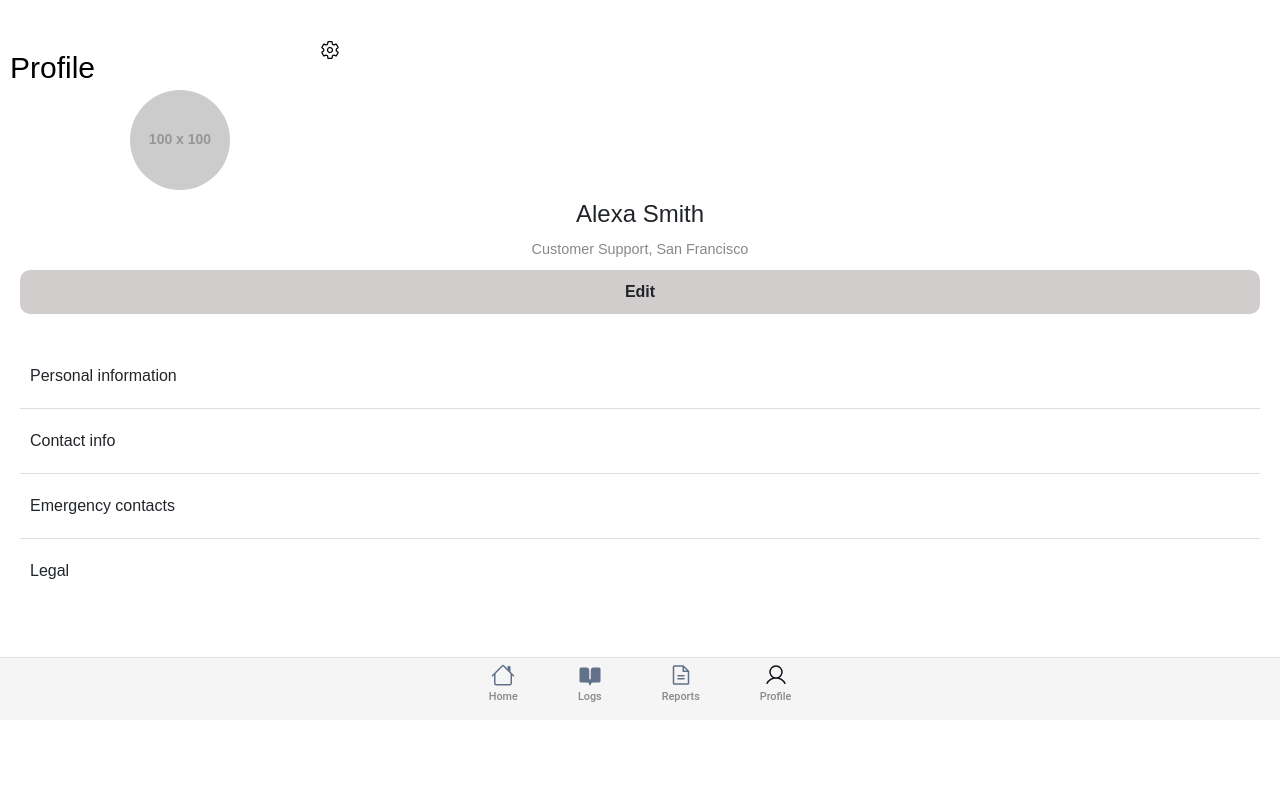
Repository: shash0708/GMR-Lines
Page: /profile (app in frontend/)
An editor plug-in stored every save of this project. The page is shown before and after the next save, followed by the edit.
The browser window is 1280 px wide. The pictures show the whole page.
The page's requests for data from a server got no answer. Some web libraries are served in a nearby version. The project was rebuilt for these pictures with package versions that can differ from the ones it lists, and the page was loaded fresh each time. No one was signed in, and anything a server would have sent is missing. Also part of the build but not shown: frontend/src/components/Home/Car.css, frontend/src/components/Home/Car.jsx, frontend/src/components/hooks/useDocumentTitle.js, frontend/src/components/Home/Home.css, frontend/src/components/Home/Home.component.jsx, frontend/src/components/Form/Form.component.jsx, frontend/src/components/Card/Card.jsx, frontend/src/components/Card/Card.css and 11 more.

Above is the page before, as saved 2024-10-20 17:52:41.

### frontend/public/index.html
<!DOCTYPE html>
<html lang="en">
  <head>
    <meta charset="utf-8" />
    <link rel="icon" href="%PUBLIC_URL%/favicon.ico" />
    <meta name="viewport" content="width=device-width, initial-scale=1" />
    <meta name="theme-color" content="#000000" />
    <meta name="description" content="Web site created using create-react-app" />
    <link rel="apple-touch-icon" href="%PUBLIC_URL%/logo192.png" />
    <!--
      manifest.json provides metadata used when your web app is installed on a
      user's mobile device or desktop. See https://developers.google.com/web/fundamentals/web-app-manifest/
    -->
    <link rel="manifest" href="%PUBLIC_URL%/manifest.json" />
    <!--
      Notice the use of %PUBLIC_URL% in the tags above.
      It will be replaced with the URL of the `public` folder during the build.
      Only files inside the `public` folder can be referenced from the HTML.

      Unlike "/favicon.ico" or "favicon.ico", "%PUBLIC_URL%/favicon.ico" will
      work correctly both with client-side routing and a non-root public URL.
      Learn how to configure a non-root public URL by running `npm run build`.
    -->
    <link href="https://cdn.jsdelivr.net/npm/bootstrap@5.3.3/dist/css/bootstrap.min.css" rel="stylesheet" integrity="sha384-QWTKZyjpPEjISv5WaRU9OFeRpok6YctnYmDr5pNlyT2bRjXh0JMhjY6hW+ALEwIH" crossorigin="anonymous">
    <link rel="stylesheet" href="https://cdnjs.cloudflare.com/ajax/libs/font-awesome/6.0.0-beta3/css/all.min.css">

    <title>Log Book</title>
  </head>
  <script src="https://cdn.jsdelivr.net/npm/bootstrap@5.3.3/dist/js/bootstrap.bundle.min.js" integrity="sha384-YvpcrYf0tY3lHB60NNkmXc5s9fDVZLESaAA55NDzOxhy9GkcIdslK1eN7N6jIeHz" crossorigin="anonymous"></script>
  <script src="https://cdn.jsdelivr.net/npm/@popperjs/core@2.11.8/dist/umd/popper.min.js" integrity="sha384-I7E8VVD/ismYTF4hNIPjVp/Zjvgyol6VFvRkX/vR+Vc4jQkC+hVqc2pM8ODewa9r" crossorigin="anonymous"></script>
  <script src="https://cdn.jsdelivr.net/npm/bootstrap@5.3.3/dist/js/bootstrap.min.js" integrity="sha384-0pUGZvbkm6XF6gxjEnlmuGrJXVbNuzT9qBBavbLwCsOGabYfZo0T0to5eqruptLy" crossorigin="anonymous"></script>
  <script src="https://cdn.tailwindcss.com?plugins=forms,container-queries"></script>

  <body>
    <noscript>You need to enable JavaScript to run this app.</noscript>
    <div id="root"></div>
    <!--
      This HTML file is a template.
      If you open it directly in the browser, you will see an empty page.

      You can add webfonts, meta tags, or analytics to this file.
      The build step will place the bundled scripts into the <body> tag.

      To begin the development, run `npm start` or `yarn start`.
      To create a production bundle, use `npm run build` or `yarn build`.
    -->
  </body>
</html>

### frontend/src/index.js
import React from 'react';
import ReactDOM from 'react-dom/client';
import './index.css';
import App from './App';
import * as serviceWorkerRegistration from './serviceWorkerRegistration';
import reportWebVitals from './reportWebVitals';
import { ThemeProvider, createTheme } from '@mui/material/styles';

const root = ReactDOM.createRoot(document.getElementById('root'));
const theme = createTheme({
  palette: {
    primary: {
      main: '#1976d2',
    },
    secondary: {
      main: '#dc004e',
    },
  },
});
root.render(
  <React.StrictMode>
      <ThemeProvider theme={theme}>

    <App />
    </ThemeProvider>
  </React.StrictMode>
);

// If you want your app to work offline and load faster, you can change
// unregister() to register() below. Note this comes with some pitfalls.
// Learn more about service workers: https://cra.link/PWA
serviceWorkerRegistration.unregister();

// If you want to start measuring performance in your app, pass a function
// to log results (for example: reportWebVitals(console.log))
// or send to an analytics endpoint. Learn more: https://bit.ly/CRA-vitals
reportWebVitals();

### frontend/src/App.js
import './App.css';
import { useState,useEffect } from 'react';
import { BrowserRouter as Router, Route, Routes } from 'react-router-dom';
import 'primereact/resources/themes/saga-blue/theme.css';
import 'primereact/resources/primereact.min.css';
import { PrimeReactProvider } from 'primereact/api';
import Home from '../src/components/Home/Home.component';
import Form from './components/Form/Form.component';
import { ToastContainer } from 'react-toastify';
import 'react-toastify/dist/ReactToastify.css';
import Profile from './components/Profile/Profile.jsx'
import Cards from './components/Card/Card.component';
import Data from './components/Data/Data.component';
import Navbar from './components/Header/Header.component';
import EditProfile from './components/ProfileEdit/ProEdit.jsx';
import Login from './components/Login/Login.component';
import Signup from './components/SignUp/Signup.component';
import PdfComponent from './components/Pdf/PdfComponent';
import { LogsProvider } from './context/LogContext';
import Footer from './components/Footer/Footer.component';
import { useLocation } from 'react-router-dom';
import Logup from './components/Update/Update.jsx'
const App = () => {
  return (
    <LogsProvider>
      <PrimeReactProvider>
        <Router>
          <Content />
          <ToastContainer /> {/* Place this once in your app */}

        </Router>
      </PrimeReactProvider>
    </LogsProvider>
  );
};

const Content = () => {
  const location = useLocation();
  var [showFooter, setShowFooter] = useState(false);

  // Check if the current path is "/form"
  // showFooter = location.pathname !== "/form" ;
  // showFooter = location.pathname !== "/log/:id";



  // const [showFooter, setShowFooter] = useState(true);

  useEffect(() => {
    // Hide the footer for specific paths
    const hideFooterPaths = ["/form", "/log","/signup"];

    // Check if the current path matches any path where the footer should be hidden
    const shouldShowFooter = !hideFooterPaths.some((path) =>
      location.pathname.startsWith(path)
    );

    setShowFooter(shouldShowFooter);
  }, [location.pathname]);


  // This function will check the scroll position
  // const handleScroll = () => {
  //   // Show the footer if the user scrolls down more than 100px
  //   if (window.scrollY > 100) {
  //     setShowFooter(true);
  //   } else {
  //     setShowFooter(false);
  //   }
  // };

  // useEffect(() => {
  //   // Add the scroll event listener when the component mounts
  //   window.addEventListener('scroll', handleScroll);

  //   // Cleanup the event listener when the component unmounts
  //   return () => {
  //     window.removeEventListener('scroll', handleScroll);
  //   };
  // }, []); // Empty dependency array ensures this runs only once when the component mounts


  return (
    <>
      <Routes>
        {/* <Navbar/> */}
        <Route path="/" element={<Home />} />
        <Route path='/login' element={<Login />} />
        <Route path='/signup' element={<Signup />} />
        <Route path="/form" element={<Form />} />
        <Route path="/past-records" element={<Cards />} />
        {/* <Route path="/log/:id" element={<Data />} /> */}
        <Route path="/pdf" element={<PdfComponent />} />
        <Route path="/log/:id"   element={<Logup/>}/>
        <Route path="/profile"  element={<Profile/>}/>
        <Route path="/edit" element={<EditProfile/>}/>
      </Routes>
      {showFooter && <Footer />} {/* Conditionally render the footer */}
    </>
  );
};

export default App;

### frontend/src/App.css
body {
    font-family: 'Roboto', sans-serif;

    background-color: white ;
    background-size: cover;
    min-height: 100vh;

  }

### frontend/src/components/Profile/Profile.jsx
import React, { useState } from 'react';
import './Profile.css'; // Include your CSS for styling
import { IoSettingsOutline } from "react-icons/io5";
import { useNavigate } from 'react-router-dom';

const Profile = () => {
  const [activeSection, setActiveSection] = useState(null);

  const toggleSection = (section) => {
    setActiveSection((prevSection) => (prevSection === section ? null : section));
  };
  const navigate = useNavigate();

  // Retrieve the logged-in user's AMENO from localStorage
  const AME = localStorage.getItem('AME');

  const handleEditClick = () => {
    // Simply navigate to the edit page without passing any URL params
    navigate('/edit');
  };

  return (
    <div>
      <div className='Profile'>
        <IoSettingsOutline className='settings' />
        <h1>Profile</h1>
      </div>
      <div className="babes">
        <div className="profile-container">
          <div className="profile-header">
            <img
              src="https://via.placeholder.com/100"
              alt="Profile"
              className="profile-image"
            />
            <h1>Alexa Smith</h1>
            <p>Customer Support, San Francisco</p>
            <button className="edit-button" onClick={handleEditClick}>Edit</button>
          </div>

          <div className="profile-options">
            {/* Personal Information Section */}
            <div className="profile-option" onClick={() => toggleSection('personal')}>
              <div className="option-header">
                <span>Personal information</span>
                <span className={`arrow ${activeSection === 'personal' ? 'up' : 'down'}`}></span>
              </div>
            </div>
            {activeSection === 'personal' && (
              <div className="collapse-content">
                <p>Name: Alexa Smith</p>
                <p>AMENO: 234245</p>
              </div>
            )}

            {/* Contact Info Section */}
            <div className="profile-option" onClick={() => toggleSection('contact')}>
              <div className="option-header">
                <span>Contact info</span>
                <span className={`arrow ${activeSection === 'contact' ? 'up' : 'down'}`}></span>
              </div>
            </div>
            {activeSection === 'contact' && (
              <div className="collapse-content">
                <p>Email: alexa@example.com</p>
                <p>Phone: (123) 456-7890</p>
              </div>
            )}

            {/* Emergency Contacts Section */}
            <div className="profile-option" onClick={() => toggleSection('emergency')}>
              <div className="option-header">
                <span>Emergency contacts</span>
                <span className={`arrow ${activeSection === 'emergency' ? 'up' : 'down'}`}></span>
              </div>
            </div>
            {activeSection === 'emergency' && (
              <div className="collapse-content">
                <p>Contact: John Smith</p>
                <p>Phone: (098) 765-4321</p>
              </div>
            )}

            {/* Legal Section */}
            <div className="profile-option" onClick={() => toggleSection('legal')}>
              <div className="option-header ">
                <span>Legal</span>
                <span className={`arrow ${activeSection === 'legal' ? 'up' : 'down'}`}></span>
              </div>
            </div>
            {activeSection === 'legal' && (
              <div className="collapse-content">
                <p>Terms of Service</p>
                <p>Privacy Policy</p>
              </div>
            )}
          </div>
        </div>
      </div>
    </div>
  );
};

export default Profile;

### frontend/src/context/LogContext.js
// LogsContext.js
import React, { createContext, useState, useEffect } from 'react';
import axios from 'axios';
import URL from '../components/config';
const LogsContext = createContext();

export const LogsProvider = ({ children }) => {
  const [logs, setLogs] = useState([]);
  const [filteredLogs, setFilteredLogs] = useState([]);
  const [searchTerm, setSearchTerm] = useState('');
  const [selectedLogs, setSelectedLogs] = useState([]);

  useEffect(() => {
    const fetchLogs = async () => {
      try {
        const response = await axios.get(`${URL}/getlogs/entries`, {
          headers: {
            'auth-token': localStorage.getItem('token'),
          },
        });

        setLogs(response.data);
        setFilteredLogs(response.data);
      } catch (error) {
        console.error('Error fetching logs:', error);
      }
    };
    fetchLogs();
  }, []);

  useEffect(() => {
    const handleSearch = () => {
      const lowerCaseSearchTerm = searchTerm.toLowerCase();
      const filtered = logs.filter((log) => {
        const logId = String(log.Toa);
        return logId.toLowerCase().includes(lowerCaseSearchTerm);
      });
      setFilteredLogs(filtered);
    };

    handleSearch();
  }, [searchTerm, logs]);

  const handleSelect = (log) => {
    setSelectedLogs((prev) => {
      const isSelected = prev.includes(log);
      if (isSelected) {
        return prev.filter((selectedLog) => selectedLog !== log);
      }

      if (prev.length >= 7) {
        return prev;
      }

      return [...prev, log];
    });
  };

  return (
    <LogsContext.Provider
      value={{
        logs,
        filteredLogs,
        searchTerm,
        setSearchTerm,
        selectedLogs,
        handleSelect,
        setFilteredLogs,
      }}
    >
      {children}
    </LogsContext.Provider>
  );
};

export default LogsContext;

### frontend/src/components/Footer/Footer.component.jsx
import React from 'react';
import { NavLink } from 'react-router-dom';  // Import NavLink from react-router-dom
import './Footer.css';

const Footer = () => {
  return (
    <footer className="footer">
      {/* Navigation Links Section */}
      <div className="nav-container">

        {/* Home Link */}
        <NavLink
          className="nav-link"
          to="/"
          activeClassName="active"
          exact
        >
         <svg xmlns="http://www.w3.org/2000/svg" width="16" height="16" fill="currentColor" class="bi bi-house" viewBox="0 0 16 16">
  <path d="M8.707 1.5a1 1 0 0 0-1.414 0L.646 8.146a.5.5 0 0 0 .708.708L2 8.207V13.5A1.5 1.5 0 0 0 3.5 15h9a1.5 1.5 0 0 0 1.5-1.5V8.207l.646.647a.5.5 0 0 0 .708-.708L13 5.793V2.5a.5.5 0 0 0-.5-.5h-1a.5.5 0 0 0-.5.5v1.293zM13 7.207V13.5a.5.5 0 0 1-.5.5h-9a.5.5 0 0 1-.5-.5V7.207l5-5z"/>
</svg>
          <p>Home</p>
        </NavLink>

        {/* Logs Link */}
        <NavLink
          className="nav-link"
          to="/past-records"
          activeClassName="active"
        >
          <svg xmlns="http://www.w3.org/2000/svg" viewBox="0 0 256 256">
            <path d="M240,64V192a16,16,0,0,1-16,16H160a24,24,0,0,0-24,24,8,8,0,0,1-16,0,24,24,0,0,0-24-24H32a16,16,0,0,1-16-16V64A16,16,0,0,1,32,48H88a32,32,0,0,1,32,32v88a8,8,0,0,0,16,0V80a32,32,0,0,1,32-32h56A16,16,0,0,1,240,64Z" />
          </svg>
          <p>Logs</p>
        </NavLink>

        {/* Reports Link */}
        <NavLink
          className="nav-link"
          to="/reports"
          activeClassName="active"
        >
          <svg xmlns="http://www.w3.org/2000/svg" viewBox="0 0 256 256">
            <path d="M213.66,82.34l-56-56A8,8,0,0,0,152,24H56A16,16,0,0,0,40,40V216a16,16,0,0,0,16,16H200a16,16,0,0,0,16-16V88A8,8,0,0,0,213.66,82.34ZM160,51.31,188.69,80H160ZM200,216H56V40h88V88a8,8,0,0,0,8,8h48V216Zm-32-80a8,8,0,0,1-8,8H96a8,8,0,0,1,0-16h64A8,8,0,0,1,168,136Zm0,32a8,8,0,0,1-8,8H96a8,8,0,0,1,0-16h64A8,8,0,0,1,168,168Z" />
          </svg>
          <p>Reports</p>
        </NavLink>

        {/* Profile Link */}
        <NavLink
          className="nav-link"
          to="/profile"
          activeClassName="active"
        >
          <svg xmlns="http://www.w3.org/2000/svg" viewBox="0 0 256 256">
            <path d="M230.92,212c-15.23-26.33-38.7-45.21-66.09-54.16a72,72,0,1,0-73.66,0C63.78,166.78,40.31,185.66,25.08,212a8,8,0,1,0,13.85,8c18.84-32.56,52.14-52,89.07-52s70.23,19.44,89.07,52a8,8,0,1,0,13.85-8ZM72,96a56,56,0,1,1,56,56A56.06,56.06,0,0,1,72,96Z" />
          </svg>
          <p>Profile</p>
        </NavLink>

      </div>
    </footer>
  );
};

export default Footer;

### frontend/src/components/config.js
// src/config.js
const URL = " http://localhost:5000";

export default URL;

// `${URL}

### frontend/src/components/Profile/Profile.css
.Profile{
    font-family: Arial, sans-serif;
    /* background-color: #ffffff; */
    position: absolute;
    top: 40px;
    left: 10px;
    margin-top:0px;
    font-weight: 200px;

    font-size: 20px;

    color:black;
    height: auto;

}

.settings{
    position: absolute;
    left:310px
}
.babes {
    font-family: Arial, sans-serif;
    /* background-color: #ffffff; */
    margin-top:20px;
    height: auto;
    overflow-y: auto; /* Enable vertical scrolling if content overflows */

    display: flex;
    justify-content: center;
    align-items: center;
  }

  .profile-container {
    background-color: white;
    border-radius: 10px;
    margin-top: 50px;
    /* box-shadow: 0 4px 8px rgba(0, 0, 0, 0.1); */
    width: 100%;
    height:100vh;

    padding: 20px;
  }

  .profile-header {
    text-align: center;
    margin-bottom: 20px;
  }

  .profile-image {
    width: 100px;
    height: 100px;
    display: flex;
    align-items:center;
    justify-content: center;
    position:relative;
    margin-left: 110px;
    border-radius: 50%;
    object-fit: cover;
  }

  h1 {
    font-size: 1.5em;
    margin: 10px 0;
  }

  p {
    color: #888;
    font-size: 0.9em;
  }

  .edit-button {
    background-color: #d1cdcd;
    border: none;
    padding: 10px 20px;
    border-radius: 10px;
    cursor: pointer;
    margin-top: 10px;
    width:100%;
    font-weight: bold;
  }

  .edit-button:hover {
    background-color: #e0e0e0;
  }

  .profile-options {
    /* border-top: 3px solid #ddd; */
    padding-top: 10px;
    height:30vh;
  }

  .profile-option {
    display: flex;
    justify-content: space-between;
    padding: 10px 0;
    border:2px ;
    cursor: pointer;

    border-bottom: 1px solid #ddd;
    align-items: center;
    /* border-bottom: 1px solid #ddd; */
  }

  .profile-option:last-child {
    border-bottom: none;
  }

  .profile-option:hover {
    background-color: #f9f9f9;


  }
  .collapse-content {
    padding: 10px;
    border-left: 2px solid #ddd;
    margin-left: 10px;
    font-size: 0.9em;
    color: #555;
    overflow: auto; /* Allow scrolling if content is too long */
    max-height: 400px; /* Optional: Limit height before scrolling */
    transition: max-height 0.3s ease; /* Smooth transition when collapsing/expanding */
}

  .option-header {
    display: flex;
    justify-content: space-between;
    align-items: center;
    padding: 10px; /* Add some padding for better spacing */

  }
  .option-text {
    margin-right: 10px; /* Adjust this value to control the space */
    flex-grow: 1; /* Make the text take up available space */
  }
  /* Arrow styling */
  .arrow {
    margin-left: auto; /* Push the arrow to the extreme right */

    transition: transform 0.3s ease;
  }

  .arrow.up {
    transform: rotate(180deg); /* Rotate the arrow upside-down */
  }

  .arrow.down {
    transform: rotate(0deg); /* Default state with down arrow */
  }

### frontend/src/components/Footer/Footer.css
/* Footer Styles */
.footer {
    background-color: #f5f5f5;
    color: #111418;
    position: fixed;
    bottom: 0;
    left: 0;
    right: 0;
    width: 100%;
  }

  /* Container for the navigation links */
  .footer .nav-container {
    display: flex;
    justify-content: center;
    gap: 60px;
    border-top: 1px solid #e5e5e5;
    padding-top: 5px;
    padding-bottom: 5px;
    margin-bottom: 10px;
}
  /* Individual navigation links */
  .footer a {
    display: flex;
    flex-direction: column;
    align-items: center;
    gap: 2px;
    color: #617189;
    text-decoration: none;
    font-size: 12px;
    font-weight: 500;
  }

  .footer a.active {
    color: #111418;
  }

  /* Icon size adjustment */
  .footer svg {
    width: 24px;
    height: 24px;
    fill: currentColor;
  }


  /* Style for the footer links */
.nav-link {
    color:black; /* Default color */
  }

  /* Active state styling */
  .nav-link.active {
    color: white;  /* Highlight color when active */
  }

### frontend/tailwind.config.js
/** @type {import('tailwindcss').Config} */
module.exports = {
  content: [
    "./src/**/*.{js,ts,jsx,tsx}",  // Adjust the paths as needed
    "./public/**/*.html",           // Include HTML files if used
  ],
  theme: {
    extend: {
      // Custom theme extensions go here
      colors: {
        primary: '#ff6347',  // Example custom color
      },
      fontFamily: {
        sans: ['Helvetica', 'Arial', 'sans-serif'],
      },
    },
  },
  plugins: [
    // Add any Tailwind CSS plugins here
  ],
};


module.exports ={
  "compilerOptions": {
    "baseUrl": ".",
    "paths": {
      "@/*": ["src/*"]
    }
  }
}

Loaded but not shown: frontend/src/index.css (common file); frontend/src/reportWebVitals.js (common file); frontend/src/serviceWorkerRegistration.js (137 lines, source omitted); frontend/src/components/Data/Data.css (no stored copy; drawn as an empty file)

After the next save:
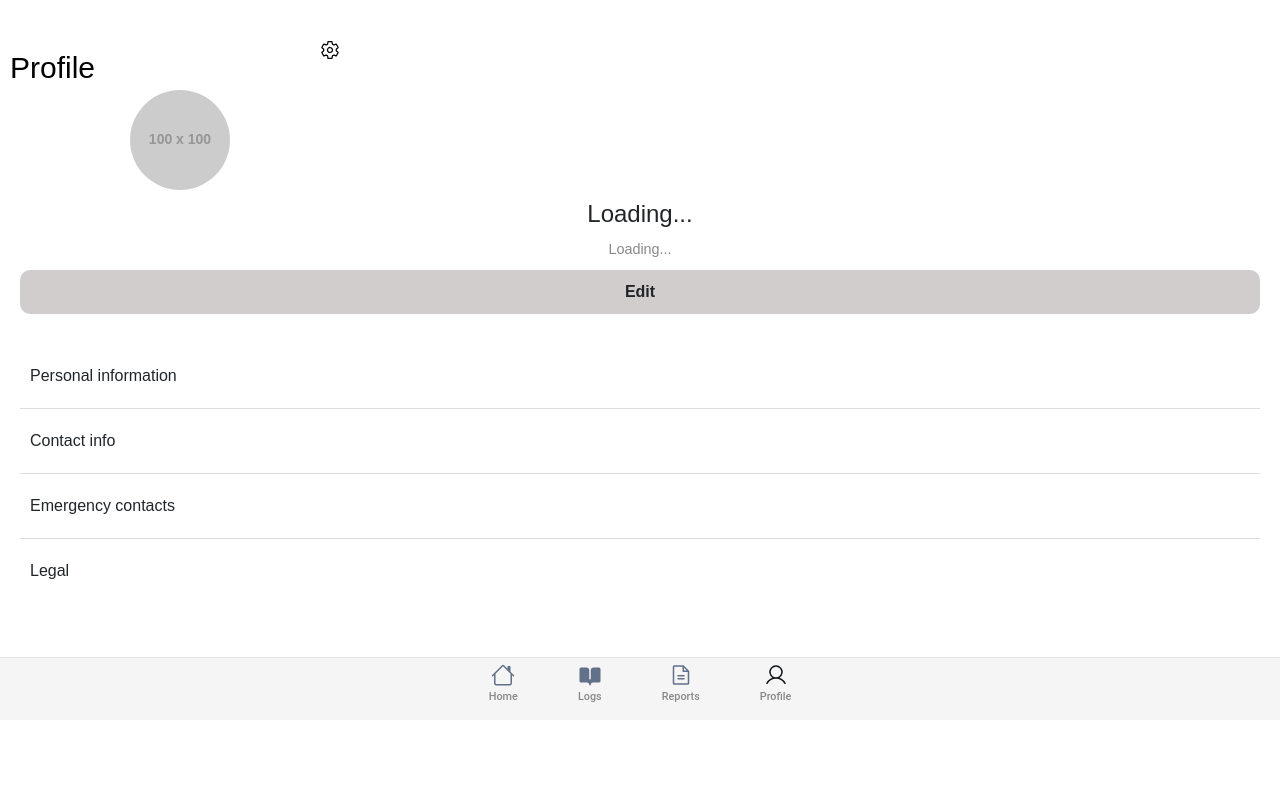
Saved 9 min 50 s later.
--- a/frontend/src/components/Profile/Profile.jsx
+++ b/frontend/src/components/Profile/Profile.jsx
@@ -1,21 +1,43 @@
-import React, { useState } from 'react';
+import React, { useState, useEffect } from 'react';
 import './Profile.css'; // Include your CSS for styling
 import { IoSettingsOutline } from "react-icons/io5";
 import { useNavigate } from 'react-router-dom';
+import axios from 'axios'; // Assuming you're using axios for HTTP requests
 
 const Profile = () => {
   const [activeSection, setActiveSection] = useState(null);
+  const [userData, setUserData] = useState(null); // State to hold user data
+  const navigate = useNavigate();
+
+  // Retrieve the logged-in user's AME from localStorage
+  const AME = localStorage.getItem('AME');
 
   const toggleSection = (section) => {
     setActiveSection((prevSection) => (prevSection === section ? null : section));
   };
-  const navigate = useNavigate();
 
-  // Retrieve the logged-in user's AMENO from localStorage
-  const AME = localStorage.getItem('AME');
+  // Fetch user data based on AME when the component mounts
+  useEffect(() => {
+    const fetchUserData = async () => {
+      try {
+        const response = await axios.get(`http://localhost:5000/api/getuser/${AME}`, {
+          headers: {
+            'auth-token': localStorage.getItem('token'), // Pass the token if authentication is required
+          },
+        });
+        setUserData(response.data); // Store the user data in state
+      } catch (error) {
+        console.error('Error fetching user data:', error);
+      }
+    };
+
+    if (AME) {
+      fetchUserData(); // Call the function to fetch user data
+    }
+  }, [AME]);
 
   const handleEditClick = () => {
-    // Simply navigate to the edit page without passing any URL params
+    // Navigate to the edit page
     navigate('/edit');
   };
 
@@ -33,8 +55,9 @@ const Profile = () => {
               alt="Profile"
               className="profile-image"
             />
-            <h1>Alexa Smith</h1>
-            <p>Customer Support, San Francisco</p>
+            {/* Dynamically display user's name and other information */}
+            <h1>{userData ? userData.Name : 'Loading...'}</h1>
+            <p>{userData ? userData.Designation + ', ' + userData.Location : 'Loading...'}</p>
             <button className="edit-button" onClick={handleEditClick}>Edit</button>
           </div>
 
@@ -48,8 +71,8 @@ const Profile = () => {
             </div>
             {activeSection === 'personal' && (
               <div className="collapse-content">
-                <p>Name: Alexa Smith</p>
-                <p>AMENO: 234245</p>
+                <p>Name: {userData ? userData.Name : 'Loading...'}</p>
+                <p>AMENO: {userData ? userData.AME : 'Loading...'}</p>
               </div>
             )}
 
@@ -62,8 +85,8 @@ const Profile = () => {
             </div>
             {activeSection === 'contact' && (
               <div className="collapse-content">
-                <p>Email: alexa@example.com</p>
-                <p>Phone: (123) 456-7890</p>
+                <p>Email: {userData ? userData.Email : 'Loading...'}</p>
+                <p>Phone: {userData ? userData.Phone : 'Loading...'}</p>
               </div>
             )}
 
